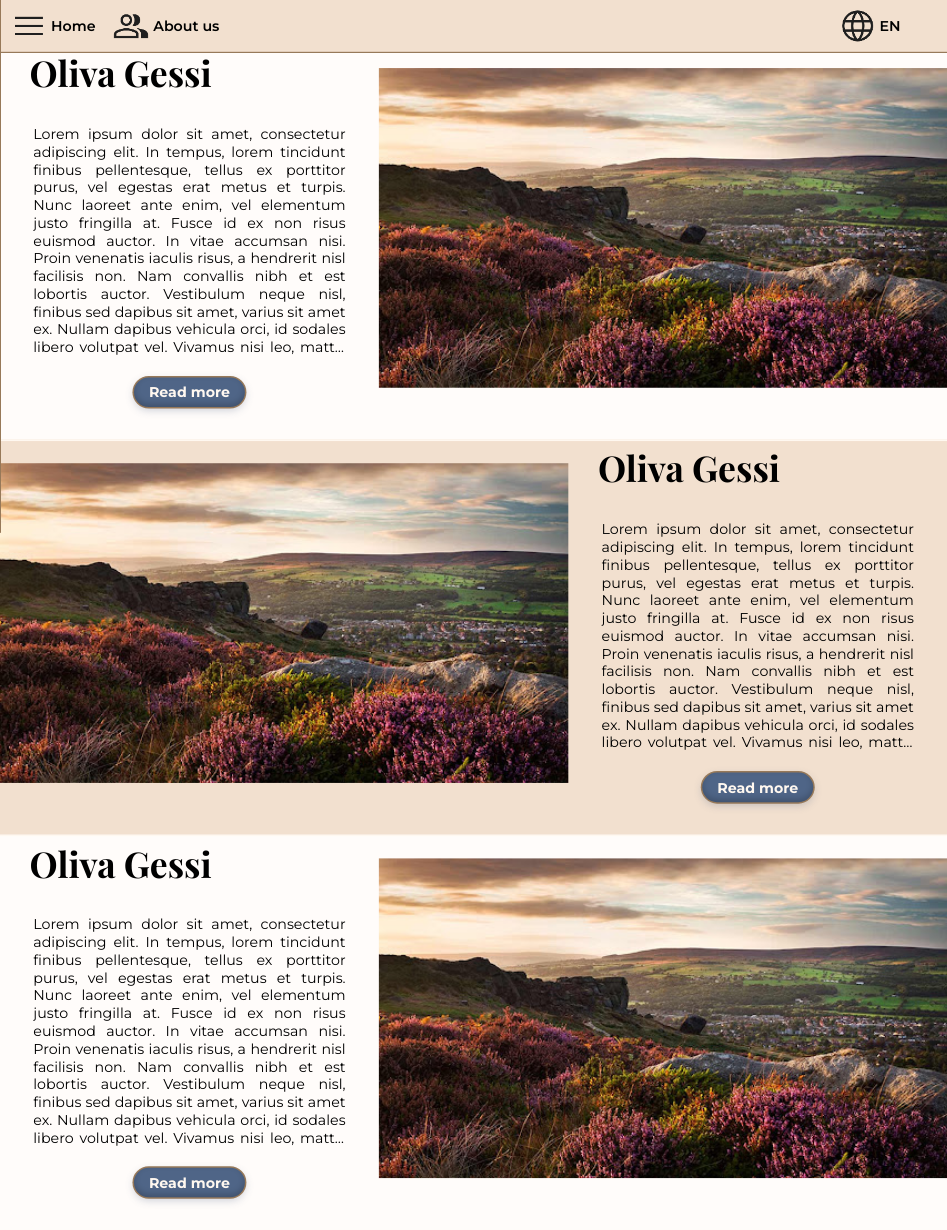
Repository: Seaside-Jokers/Oliva-gessi
Page: index.html
These files come from the project's save history. The page is drawn as it stood at one moment and after the next save; the edit follows.
The browser window is 1280 px wide. The pictures show the whole page, at 74% of full size.
Some web fonts or font styles are not loaded; a fallback is used.

Above is the page before, as saved 2026-02-18 16:05:44.

After the next save:
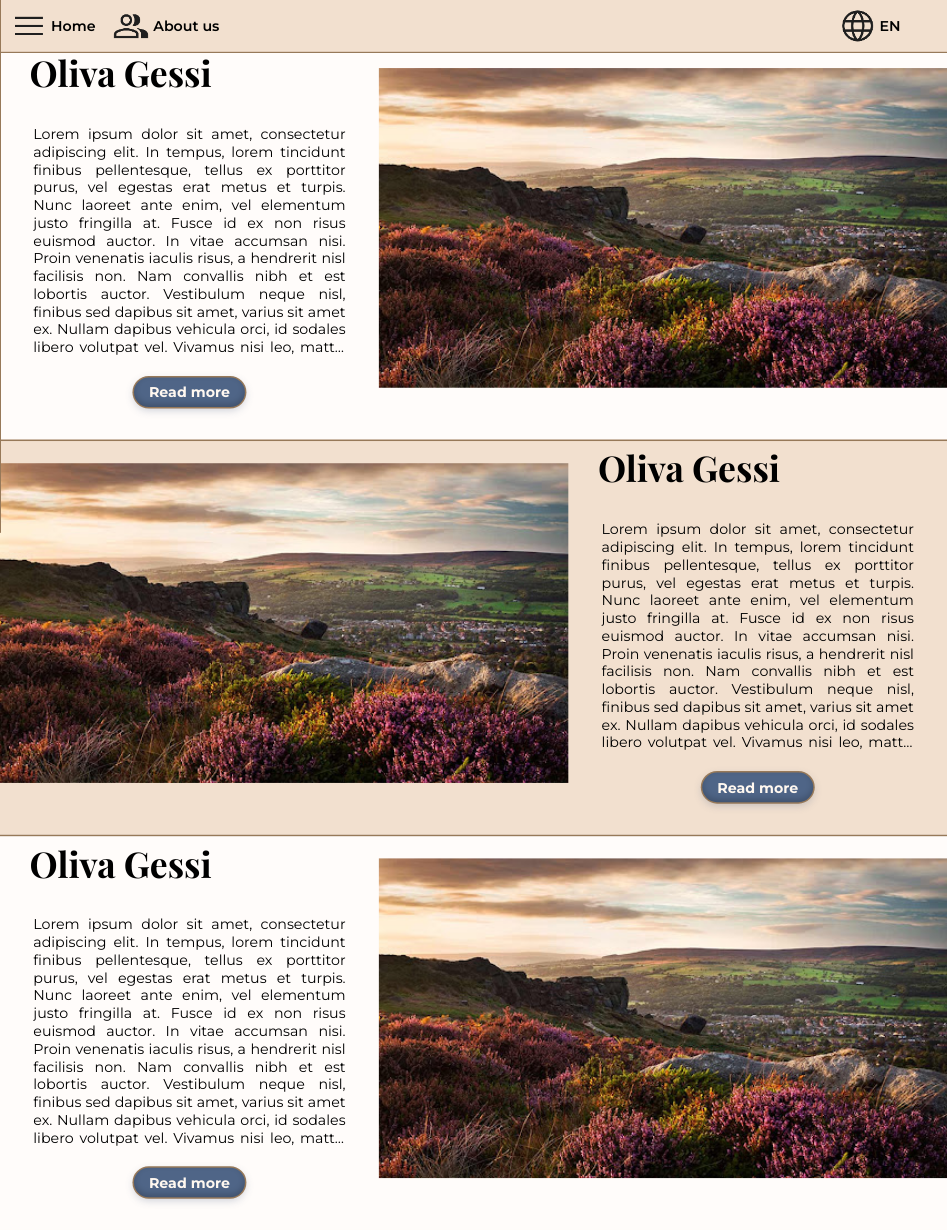
Saved 17 s later.
--- a/src/style.css
+++ b/src/style.css
@@ -345,7 +345,7 @@ details {
     background: none;
     align-items: center;
     background: var(--bg-dark);
-    border-top: 2px solid var(--highlight)
+    border-top: 2px solid var(--border)
 }
 .blocco:nth-child(even) {
     flex-direction: row-reverse;
